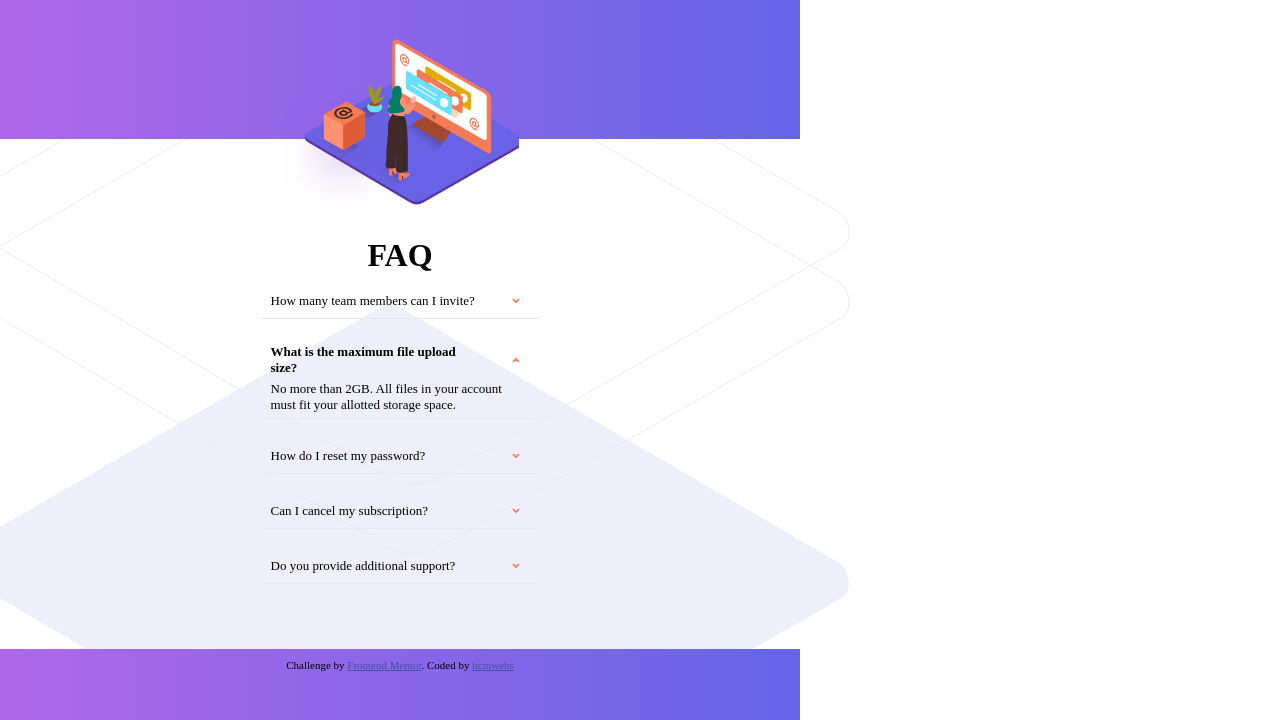
Repository: Hcmwebs/faq-accordion-card
Page: index.html
These files come from the project's save history. The page is drawn as it stood at one moment and after the next save; the edit follows.
The browser window is 1280 px wide. The pictures show the whole page.
The style sheet was rebuilt from its Sass, Less or Tailwind sources for each picture, by a compiler version that may differ from the author's.

Above is the page before, as saved 2020-11-06 13:44:59.

After the next save:
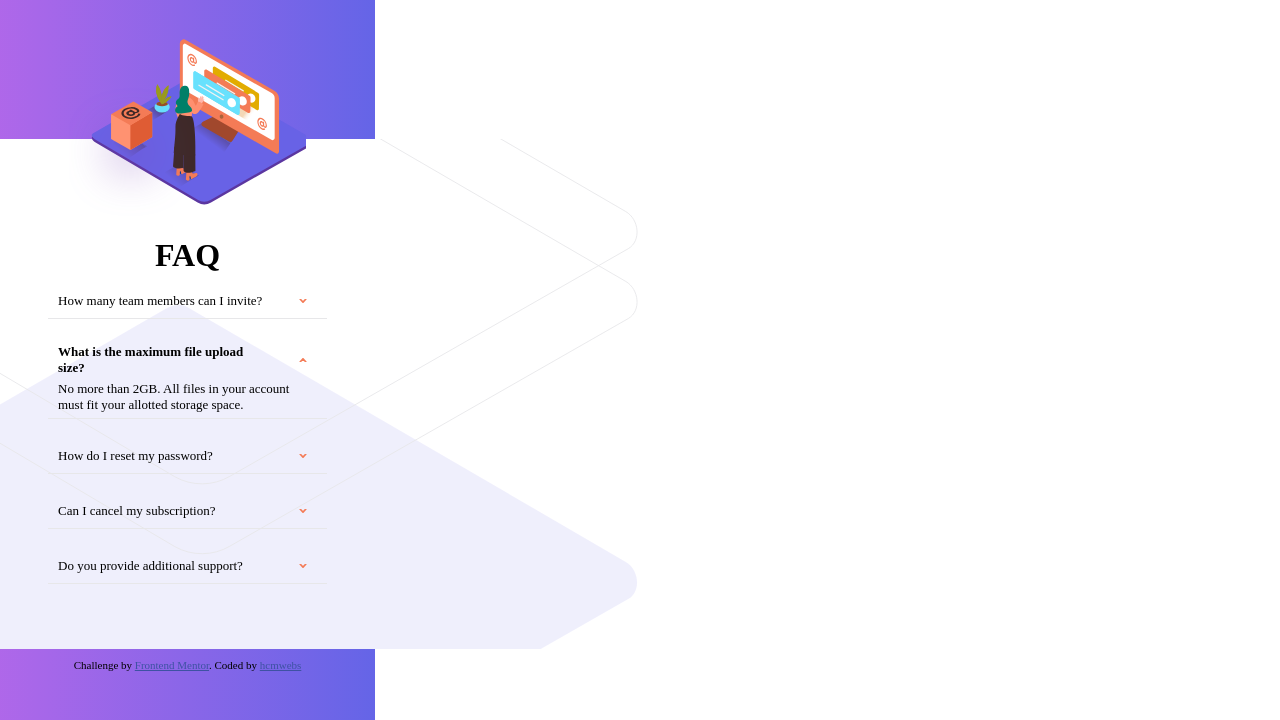
Saved 80 s later.
--- a/scss/_medias.scss
+++ b/scss/_medias.scss
@@ -3,7 +3,7 @@
 
 @media(max-width: 1440px){
   .container{
-    min-width: 800px;
+    // min-width: 800px;
 
 
     .card{

After the save that followed:
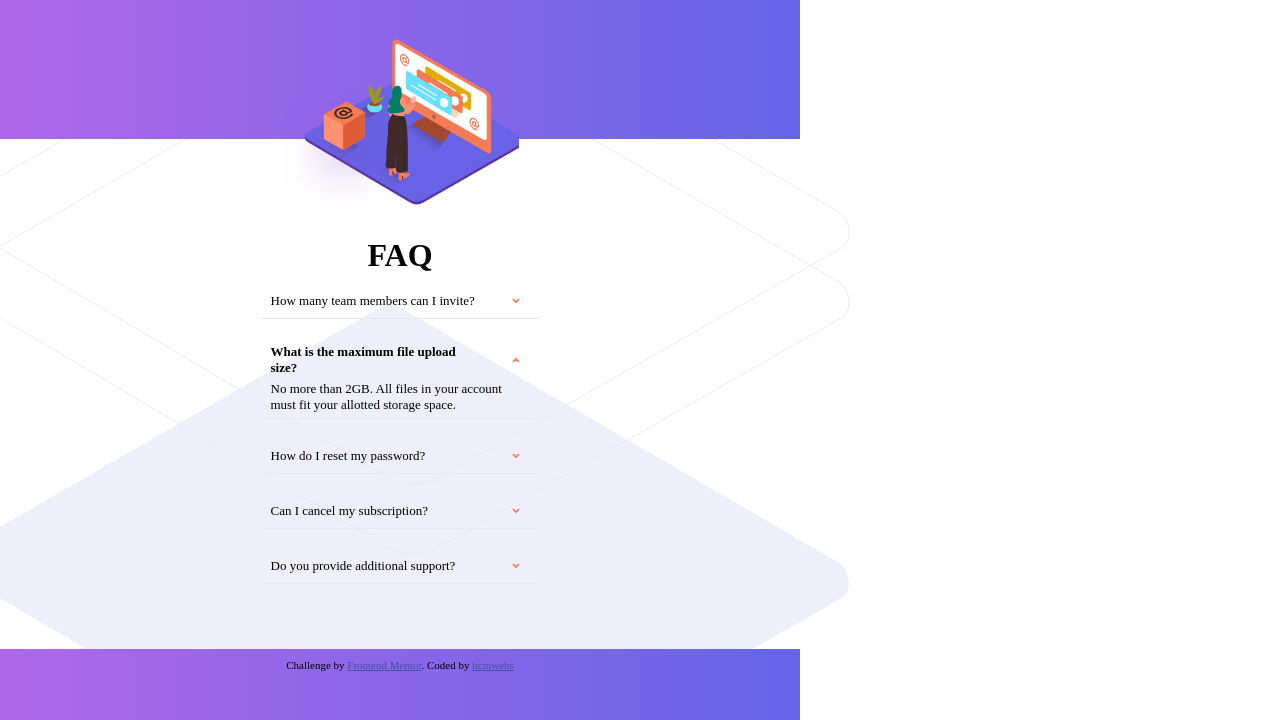
Saved 16 s later.
--- a/scss/_medias.scss
+++ b/scss/_medias.scss
@@ -3,7 +3,7 @@
 
 @media(max-width: 1440px){
   .container{
-    // min-width: 800px;
+    min-width: 800px;
 
 
     .card{
